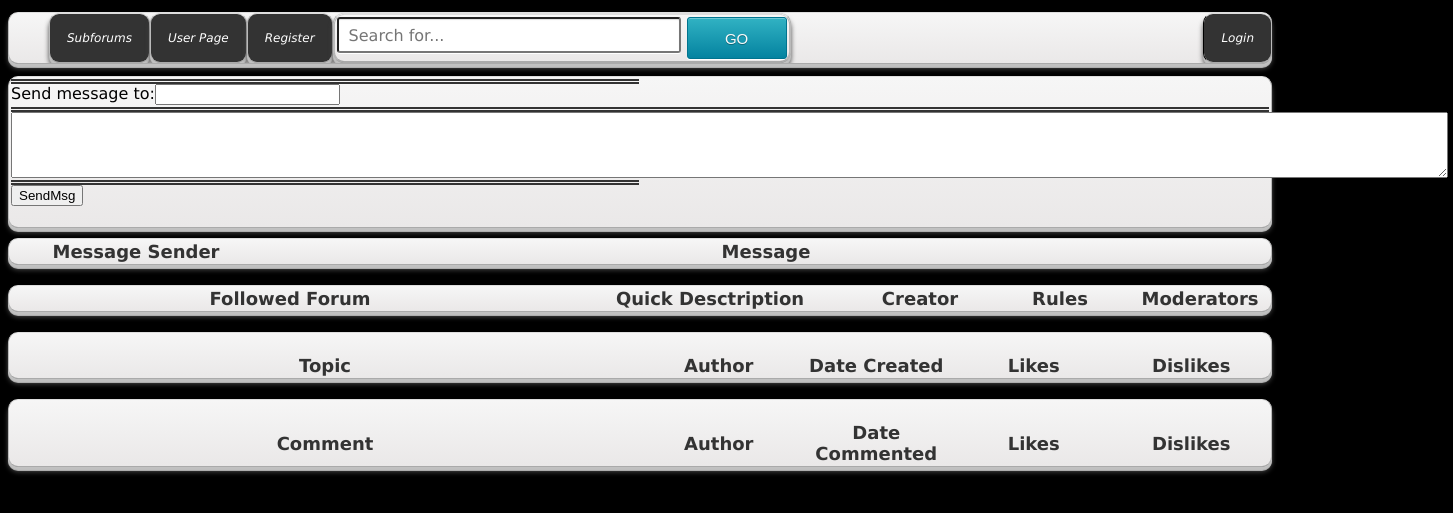
Repository: SuvakovSrdjan/WebForum
Page: http://localhost/Simple-web-forum/UserPage.jsp
An editor plug-in stored every save of this project. The page is shown before and after the next save, followed by the edit.
The browser window is 1280 px wide. The page is 1453 px wide, then 1437 px, so the pictures cover 1453 px, including what lies to the right of the window. The pictures show the whole page.
The page is served by Tomcat 9. Other server files are loaded and not shown. The template is opened directly, without the code that normally fills it, so the values that code supplies are empty.

Above is the page before, as saved 2017-09-18 20:24:55.

### Simple-web-forum/WebContent/UserPage.jsp
<%@ page language="java" contentType="text/html; charset=UTF-8"
    pageEncoding="UTF-8"%>
<%@taglib uri="http://java.sun.com/jsp/jstl/core" prefix="c"%>
<!DOCTYPE html PUBLIC "-//W3C//DTD HTML 4.01 Transitional//EN" "http://www.w3.org/TR/html4/loose.dtd">
<html>
<head>
<meta http-equiv="Content-Type" content="text/html; charset=UTF-8">
<title>User Page</title>
<link rel="stylesheet" type="text/css" href="WEB-SRC/StyleSettingsMainPage.css">
</head>
<body>
	<ul>
	  <li><a href="MainPageStuff">Subforums</a></li>
	  <li><a href="UserPageServlet">User Page</a></li>
	  <li><a href="RegisterServlet">Register</a>
	  <c:if test="${user.accountType eq 'ADMIN' && user.accountType != null}">
	  <li><a href="AddForumServlet">Add Subforum</a></li>
	  </c:if>
	  <li><form class="form-wrapper" method="post">
	    <input type="text" id="search" name="search" placeholder="Search for..." required>
	    <input type="submit" value="go" name="submit" id="submit">
	</form></li>
	<c:choose>
		<c:when test="${user.accountType == null}">
	  		<li><a href="LoginServlet">Login</a></li>
	  	</c:when>
	  	<c:otherwise>
	  		<li><a href="LoginServlet">${user.username} Logout</a></li>
	  	</c:otherwise>
	</c:choose>
	</ul>
	<form style="padding-bottom: 10px" name="msgForm"  method="post" action="UserPageServlet">
			<table>
				<tr>
					<td>Send message to:<input type="text" name="UsernameForMsg"></td>
				</tr>
				<tr>
					<td colspan="2"><textarea  cols="177" rows="4" type="text" name="MsgText"></textarea></td>
				</tr>
				<tr>
					<td><input type="submit" name="sendMsg" value="SendMsg">
				</tr>
			</table>
	</form>
<table >
		<tr>
			<th colspan="1">Message Sender</th>
	    	<th colspan="4">Message</th>

	  </tr>
	  <c:forEach items="${dispMsg}" var="msg">
 <c:if test="${dispMsg != null}">
  <tr>
    <td colspan="1">${msg.sender}</td>
    <td colspan="4">${msg.messageContent}</td>
  </tr>
 </c:if>
</c:forEach>
	</table>

<table style="margin-top: 20px;">
	<tr>
	<th colspan="4">Followed Forum</th>
    <th colspan="2">Quick Desctription</th>
    <th>Creator</th>
    <th>Rules</th>
    <th>Moderators</th>
  </tr>
 <c:forEach items="${dispForum}" var="subforum">
 <c:if test="${dispForum != null}">
  <tr>
  	<td><img src="${subforum.iconURL}"/></td>
    <td colspan="3"><a href="SpecificSubforumServlet?subforum=${subforum.name}">${subforum.name}</a></td>
    <td colspan="2">${subforum.description}</td>
    <td>${subforum.moderatorInChief}</td>
    <td><c:forEach items="${subforum.rules}" var="rule">${rule}<br></c:forEach></td>
    <td><c:forEach items="${subforum.plebModerators}" var="plebMod">${plebMod}, </c:forEach></td>
  </tr>
 </c:if>
</c:forEach>
</table>

<table style="padding-top: 20px; margin-top: 20px;">
	<tr>
		<th colspan="4">Topic</th>
	    <th>Author</th>
	    <th>Date Created</th>
	    <th>Likes</th>
	    <th>Dislikes</th>
	</tr>

<c:forEach items="${dispTopic}" var="topic" varStatus="status">
		<tr>
			<td colspan="1"><a href="TopicServlet?topic=${topic.id}">Visit</a></td>
			<c:choose>
				<c:when test="${topic.topicType eq 'TEXT'}">
					<td colspan="3">${topic.imageLink}</td>
				</c:when>
				<c:when test="${topic.topicType eq 'IMAGE'}">
				<td colspan="3"><img style="height: 250px; width: 450px;" alt="${topic.name}" src="${topic.imageLink}"></td>
				</c:when>
				<c:when test="${topic.topicType eq 'LINK'}">
					<td colspan="3"><a href="${topic.imageLink}">${topic.name}</a></td>
				</c:when>
			</c:choose>
			<td>${topic.author}</td>
			<td>${topic.dateCreated }</td>
			<c:set var="topiclikesCount" value="0" scope="page" />
			<c:set var="topicDisLikesCount" value="0" scope="page" />
			<c:forEach items="${topic.likesMap}" var="topicLike">
			<c:if test="${topicLike.value == true}">
				<c:set var="topiclikesCount" value="${topiclikesCount + 1}" scope="page"/>
			</c:if>
			<c:if test="${topicLike.value == false}">
				<c:set var="topicDisLikesCount" value="${topicDisLikesCount + 1}" scope="page"/>
			</c:if>
			</c:forEach>
			<td>${topiclikesCount}</td>
			<td>${topicDisLikesCount}</td>
			<c:set var="topiclikesCount" value="0" scope="page" />
			<c:set var="topicDisLikesCount" value="0" scope="page" />

		</tr>
		</c:forEach>

</table>

<table style="padding-top: 20px; margin-top: 20px;">
	<tr>
		<th colspan="4">Comment</th>
	    <th>Author</th>
	    <th>Date Commented</th>
	    <th>Likes</th>
	    <th>Dislikes</th>

	</tr>

		<c:forEach items="${dispComment}" var="comment" varStatus="status">
		<tr>
			<td colspan="1"><a href="InfiniteCommentServlet?comment=${comment.id}">View Replies</a></td>
					<td colspan="3">${comment.commentContent}</td>
			<td>${comment.author}</td>
			<td>${comment.dateCreated }</td>
			<c:set var="likesCount" value="0" scope="page" />
			<c:set var="DisLikesCount" value="0" scope="page" />
			<c:forEach items="${comment.commentLikesMap}" var="commentLike">
			<c:if test="${commentLike.value == true}">
				<c:set var="likesCount" value="${likesCount + 1}" scope="page"/>
			</c:if>
			<c:if test="${commentLike.value == false}">
				<c:set var="DisLikesCount" value="${DisLikesCount + 1}" scope="page"/>
			</c:if>
			</c:forEach>
			<td>${likesCount}</td>
			<td>${DisLikesCount}</td>
			<c:set var="likesCount" value="0" scope="page" />
			<c:set var="DisLikesCount" value="0" scope="page" />
		</tr>
		</c:forEach>

</table>

</body>
</html>

### Simple-web-forum/WebContent/WEB-SRC/StyleSettingsMainPage.css
@charset "UTF-8";
body {
	background-color: activecaption;
	font: 12px Lucida sans, Arial, Helvetica, sans-serif;
	color: #333;
	text-align: center;
}

h1 {
	color: white;
}
img{
	width: 50px;
	height: 50px;
	white-space: -o-pre-wrap;
    word-wrap: break-word;
    white-space: pre-wrap;
    white-space: -moz-pre-wrap;
    white-space: -pre-wrap;
}
ul {
	list-style-type:none;
    background-color: #444444;
	background-image: -webkit-gradient(linear, left top, left bottom, from(#444444), to(#eae8e8));
	background-image: -webkit-linear-gradient(top, #f6f6f6, #eae8e8);
	background-image: -moz-linear-gradient(top, #444444, #eae8e8);
	background-image: -ms-linear-gradient(top, #f6f6f6, #eae8e8);
	background-image: -o-linear-gradient(top, #f6f6f6, #eae8e8);
	background-image: linear-gradient(top, #f6f6f6, #eae8e8);
	border-color: #dedede #bababa #aaa #bababa;
	border-style: solid;
	border-width: 1px;
	-webkit-border-radius: 10px;
	-moz-border-radius: 10px;
	border-radius: 10px;
	-webkit-box-shadow: 0 3px 3px rgba(255,255,255,.1), 0 3px 0 #bbb, 0 4px 0 #aaa, 0 5px 5px #444;
	-moz-box-shadow: 0 3px 3px rgba(255,255,255,.1), 0 3px 0 #bbb, 0 4px 0 #aaa, 0 5px 5px #444;
	box-shadow: 0 3px 3px rgba(255,255,255,.1), 0 3px 0 #bbb, 0 4px 0 #aaa, 0 5px 5px #444;




    overflow: auto; /* Enable scrolling if the sidenav has too much content */
}
li {
   float: left;
   background-color: #444444;
	background-image: -webkit-gradient(linear, left top, left bottom, from(#444444), to(#eae8e8));
	background-image: -webkit-linear-gradient(top, #f6f6f6, #eae8e8);
	background-image: -moz-linear-gradient(top, #444444, #eae8e8);
	background-image: -ms-linear-gradient(top, #f6f6f6, #eae8e8);
	background-image: -o-linear-gradient(top, #f6f6f6, #eae8e8);
	background-image: linear-gradient(top, #f6f6f6, #eae8e8);
	border-color: #dedede #bababa #aaa #bababa;
	border-style: solid;
	border-width: 1px;
	-webkit-border-radius: 10px;
	-moz-border-radius: 10px;
	border-radius: 10px;
	-webkit-box-shadow: 0 3px 3px rgba(255,255,255,.1), 0 3px 0 #bbb, 0 4px 0 #aaa, 0 5px 5px #444;
	-moz-box-shadow: 0 3px 3px rgba(255,255,255,.1), 0 3px 0 #bbb, 0 4px 0 #aaa, 0 5px 5px #444;
	box-shadow: 0 3px 3px rgba(255,255,255,.1), 0 3px 0 #bbb, 0 4px 0 #aaa, 0 5px 5px #444;

	overflow: hidden;
	padding: 0px;
}
li:last-child {
    border-right-style: none;
    border-left-style: inset;
    border-left-color: #111111;
    float:right;
}
a {
    display: block;
    padding: 17px;
    background-color: #333333;
}

table{
	list-style-type: circle;
    background-color: #444444;
	background-image: -webkit-gradient(linear, left top, left bottom, from(#444444), to(#eae8e8));
	background-image: -webkit-linear-gradient(top, #f6f6f6, #eae8e8);
	background-image: -moz-linear-gradient(top, #444444, #eae8e8);
	background-image: -ms-linear-gradient(top, #f6f6f6, #eae8e8);
	background-image: -o-linear-gradient(top, #f6f6f6, #eae8e8);
	background-image: linear-gradient(top, #f6f6f6, #eae8e8);
	border-color: #dedede #bababa #aaa #bababa;
	border-style: solid;
	border-width: 1px;
	-webkit-border-radius: 10px;
	-moz-border-radius: 10px;
	border-radius: 10px;
	-webkit-box-shadow: 0 3px 3px rgba(255,255,255,.1), 0 3px 0 #bbb, 0 4px 0 #aaa, 0 5px 5px #444;
	-moz-box-shadow: 0 3px 3px rgba(255,255,255,.1), 0 3px 0 #bbb, 0 4px 0 #aaa, 0 5px 5px #444;
	box-shadow: 0 3px 3px rgba(255,255,255,.1), 0 3px 0 #bbb, 0 4px 0 #aaa, 0 5px 5px #444;
	table-layout: fixed;
	width: 100%;



    overflow: auto; /* Enable scrolling if the sidenav has too much content */
}

 td {
 	background-color: light-yellow;
 	Width: auto;
	Height: auto;
    border-style: none;
    border-top: thick double #333333;
	color: black;
	font-size: medium;
	text-align: left;
	white-space: -o-pre-wrap;
    word-wrap: break-word;
    white-space: pre-wrap;
    white-space: -moz-pre-wrap;
    white-space: -pre-wrap;
    padding: 0px;
 }
 td:img {
 	background-color: light-yellow;
 	Width: 250px;
	Height: 250px;
    border-style: none;
    border-top: thick double #333333;
	color: black;
	font-size: medium;
	text-align: left;
	white-space: -o-pre-wrap;
    word-wrap: break-word;
    white-space: pre-wrap;
    white-space: -moz-pre-wrap;
    white-space: -pre-wrap;
    padding: 0px;
 }
th {
 	background-color: light-yellow;
 	Width: auto;
	Height: auto;
	font-size: large;
    border-style: none;
    padding: 0px;
 }

header {
    background-color: #84e3e9;
    padding: 20px 0;
    padding-left:50px;
	padding-right:50px;
}
a:link {
    color: white;
    text-decoration: none;
    font-style: oblique;
}

/* visited link */
a:visited {
    color: white;
    text-decoration: none;
    font-style: oblique;
}

/* mouse over link */
a:hover {
    background-color: #31b2c3;
	background-image: -webkit-gradient(linear, left top, left bottom, from(#0483a0), to(#31b2c3));
	background-image: -webkit-linear-gradient(top, #0483a0, #31b2c3);
	background-image: -moz-linear-gradient(top, #0483a0, #31b2c3);
	background-image: -ms-linear-gradient(top, #0483a0, #31b2c3);
	background-image: -o-linear-gradient(top, #0483a0, #31b2c3);
	background-image: linear-gradient(top, #0483a0, #31b2c3);
}

/* selected link */
a:active {
    -webkit-box-shadow: 0 1px 4px rgba(0, 0, 0, 0.5) inset;
	-moz-box-shadow: 0 1px 4px rgba(0, 0, 0, 0.5) inset;
	box-shadow: 0 1px 4px rgba(0, 0, 0, 0.5) inset;
	outline: 0;
}


.form-wrapper {
	background-color: #444444;
	background-image: -webkit-gradient(linear, left top, left bottom, from(#444444), to(#eae8e8));
	background-image: -webkit-linear-gradient(top, #f6f6f6, #eae8e8);
	background-image: -moz-linear-gradient(top, #444444, #eae8e8);
	background-image: -ms-linear-gradient(top, #f6f6f6, #eae8e8);
	background-image: -o-linear-gradient(top, #f6f6f6, #eae8e8);
	background-image: linear-gradient(top, #f6f6f6, #eae8e8);
	border-color: #dedede #bababa #aaa #bababa;
	border-style: solid;
	border-width: 1px;
	-webkit-border-radius: 10px;
	-moz-border-radius: 10px;
	border-radius: 10px;
	-webkit-box-shadow: 0 3px 3px rgba(255,255,255,.1), 0 3px 0 #bbb, 0 4px 0 #aaa, 0 5px 5px #444;
	-moz-box-shadow: 0 3px 3px rgba(255,255,255,.1), 0 3px 0 #bbb, 0 4px 0 #aaa, 0 5px 5px #444;
	box-shadow: 0 3px 3px rgba(255,255,255,.1), 0 3px 0 #bbb, 0 4px 0 #aaa, 0 5px 5px #444;

	overflow: hidden;
	padding: 2px;
	width: 450px;
}

.form-wrapper #search {
	border: 1px solid #;
	-webkit-box-shadow: 0 1px 1px #ddd inset, 0 1px 0 #FFF;
	-moz-box-shadow: 0 1px 1px #ddd inset, 0 1px 0 #FFF;
	box-shadow: 0 1px 1px #ddd inset, 0 1px 0 #FFF;
	-webkit-border-radius: 3px;
	-moz-border-radius: 3px;
	border-radius: 3px;
  color: #999;
	float: left;
	font: 16px Lucida Sans, Trebuchet MS, Tahoma, sans-serif;
	height: 12px;
	padding: 10px;
	width: 320px;
}
form{
	float: left;
}

.form-wrapper #search:focus {
	border-color: #aaa;
	-webkit-box-shadow: 0 1px 1px #bbb inset;
	-moz-box-shadow: 0 1px 1px #bbb inset;
	box-shadow: 0 1px 1px #bbb inset;
	outline: 0;
}

.form-wrapper #search:-moz-placeholder,
.form-wrapper #search:-ms-input-placeholder,
.form-wrapper #search::-webkit-input-placeholder {
	color: #999;
	font-weight: normal;
}

.form-wrapper #submit {
	background-color: #0483a0;
	background-image: -webkit-gradient(linear, left top, left bottom, from(#31b2c3), to(#0483a0));
	background-image: -webkit-linear-gradient(top, #31b2c3, #0483a0);
	background-image: -moz-linear-gradient(top, #31b2c3, #0483a0);
	background-image: -ms-linear-gradient(top, #31b2c3, #0483a0);
	background-image: -o-linear-gradient(top, #31b2c3, #0483a0);
	background-image: linear-gradient(top, #31b2c3, #0483a0);
	border: 1px solid #00748f;
	-moz-border-radius: 3px;
	-webkit-border-radius: 3px;
	border-radius: 3px;
	-webkit-box-shadow: 0 1px 0 rgba(255, 255, 255, 0.3) inset, 0 1px 0 #FFF;
	-moz-box-shadow: 0 1px 0 rgba(255, 255, 255, 0.3) inset, 0 1px 0 #FFF;
	box-shadow: 0 1px 0 rgba(255, 255, 255, 0.3) inset, 0 1px 0 #FFF;
	color: #fafafa;
	cursor: pointer;
	height: 42px;
	float: right;
	font: 15px Arial, Helvetica;
	padding: 0;
	text-transform: uppercase;
	text-shadow: 0 1px 0 rgba(0, 0 ,0, .3);
	width: 100px;
}

.form-wrapper #submit:hover,
.form-wrapper #submit:focus {
	background-color: #31b2c3;
	background-image: -webkit-gradient(linear, left top, left bottom, from(#0483a0), to(#31b2c3));
	background-image: -webkit-linear-gradient(top, #0483a0, #31b2c3);
	background-image: -moz-linear-gradient(top, #0483a0, #31b2c3);
	background-image: -ms-linear-gradient(top, #0483a0, #31b2c3);
	background-image: -o-linear-gradient(top, #0483a0, #31b2c3);
	background-image: linear-gradient(top, #0483a0, #31b2c3);
}

.form-wrapper #submit:active {
	-webkit-box-shadow: 0 1px 4px rgba(0, 0, 0, 0.5) inset;
	-moz-box-shadow: 0 1px 4px rgba(0, 0, 0, 0.5) inset;
	box-shadow: 0 1px 4px rgba(0, 0, 0, 0.5) inset;
	outline: 0;
}

.form-wrapper #submit::-moz-focus-inner {
	border: 0;
}

form #submit {
	background-color: #0483a0;
	background-image: -webkit-gradient(linear, left top, left bottom, from(#31b2c3), to(#0483a0));
	background-image: -webkit-linear-gradient(top, #31b2c3, #0483a0);
	background-image: -moz-linear-gradient(top, #31b2c3, #0483a0);
	background-image: -ms-linear-gradient(top, #31b2c3, #0483a0);
	background-image: -o-linear-gradient(top, #31b2c3, #0483a0);
	background-image: linear-gradient(top, #31b2c3, #0483a0);
	border: 1px solid #00748f;
	-moz-border-radius: 3px;
	-webkit-border-radius: 3px;
	border-radius: 3px;
	-webkit-box-shadow: 0 1px 0 rgba(255, 255, 255, 0.3) inset, 0 1px 0 #FFF;
	-moz-box-shadow: 0 1px 0 rgba(255, 255, 255, 0.3) inset, 0 1px 0 #FFF;
	box-shadow: 0 1px 0 rgba(255, 255, 255, 0.3) inset, 0 1px 0 #FFF;
	color: #fafafa;
	cursor: pointer;
	height: 47px;
	float: right;
	font: 15px Arial, Helvetica;
	padding: 0px;
	text-transform: uppercase;
	text-shadow: 0 1px 0 rgba(0, 0 ,0, .3);
	width: 100px;
}

form #submit:hover,
form #submit:focus {
	background-color: #31b2c3;
	background-image: -webkit-gradient(linear, left top, left bottom, from(#0483a0), to(#31b2c3));
	background-image: -webkit-linear-gradient(top, #0483a0, #31b2c3);
	background-image: -moz-linear-gradient(top, #0483a0, #31b2c3);
	background-image: -ms-linear-gradient(top, #0483a0, #31b2c3);
	background-image: -o-linear-gradient(top, #0483a0, #31b2c3);
	background-image: linear-gradient(top, #0483a0, #31b2c3);
}

form #submit:active {
	-webkit-box-shadow: 0 1px 4px rgba(0, 0, 0, 0.5) inset;
	-moz-box-shadow: 0 1px 4px rgba(0, 0, 0, 0.5) inset;
	box-shadow: 0 1px 4px rgba(0, 0, 0, 0.5) inset;
	outline: 0;
}

form #submit::-moz-focus-inner {
	border: 0;
}

After the next save:
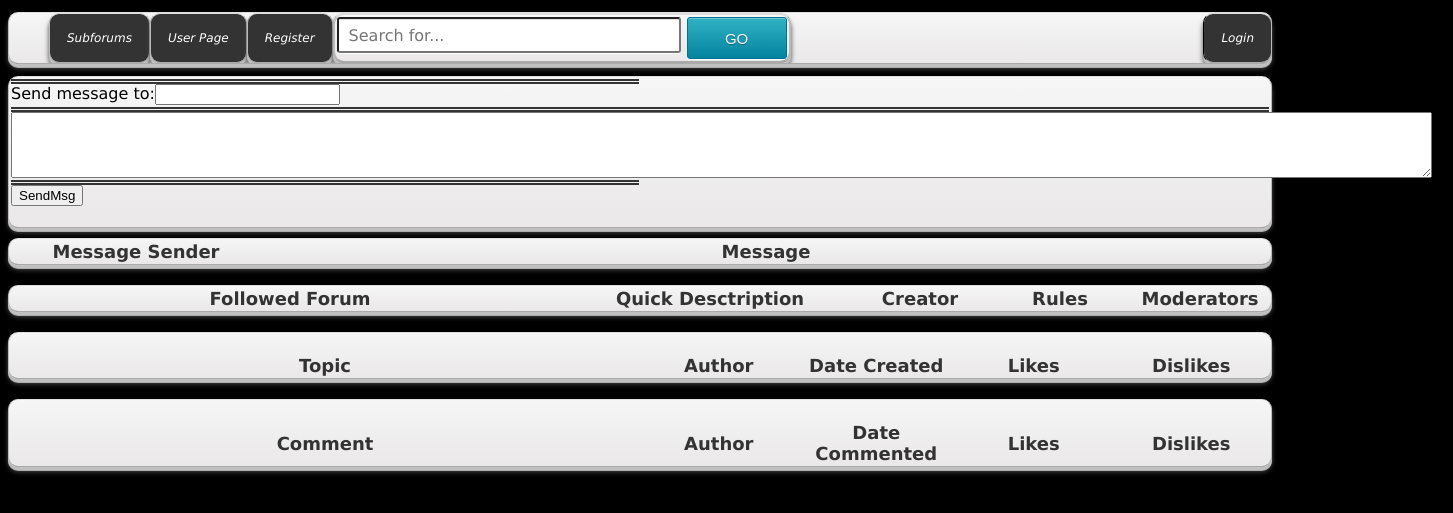
Saved 4 min 57 s later.
--- a/Simple-web-forum/WebContent/UserPage.jsp
+++ b/Simple-web-forum/WebContent/UserPage.jsp
@@ -35,7 +35,7 @@
 					<td>Send message to:<input type="text" name="UsernameForMsg"></td>
 				</tr>
 				<tr>
-					<td colspan="2"><textarea  cols="177" rows="4" type="text" name="MsgText"></textarea></td>
+					<td colspan="2"><textarea  cols="175" rows="4" type="text" name="MsgText"></textarea></td>
 				</tr>
 				<tr>
 					<td><input type="submit" name="sendMsg" value="SendMsg">
